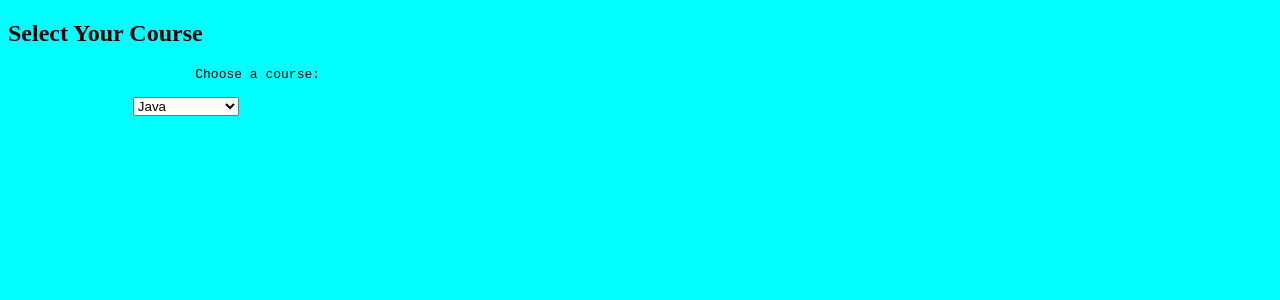
Repository: PallaviWalve/Advance-Java
Page: JavaEE_TODOs/src/main/webapp/WEB-INF/create_course.html
These files come from the project's save history. The page is drawn as it stood at one moment and after the next save; the edit follows.
The browser window is 1280 px wide. The pictures show the whole page.

Above is the page before, as saved 2024-06-05 09:57:02.

After the next save:
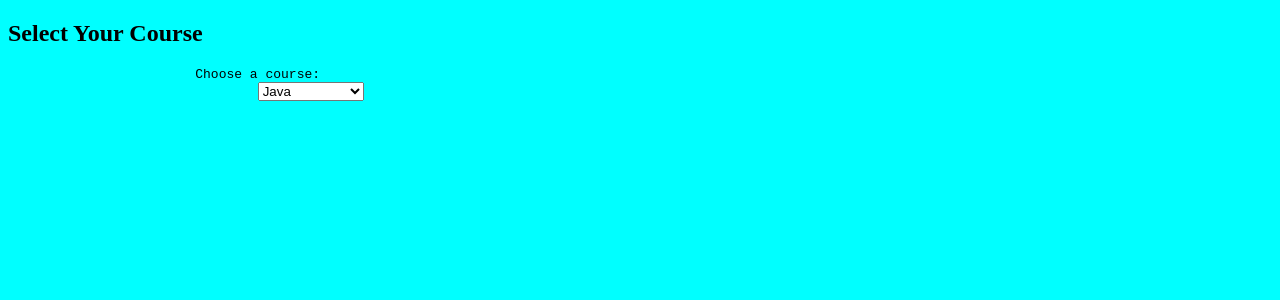
Saved 55 s later.
--- a/JavaEE_TODOs/src/main/webapp/WEB-INF/create_course.html
+++ b/JavaEE_TODOs/src/main/webapp/WEB-INF/create_course.html
@@ -5,12 +5,11 @@
 	<form action = "Login" method="post">
 		<pre>
 			<label for="course">Choose a course:</label>
-
-		<select name="course" id="courses">
-  			<option value="Java">Java</option>
-  			<option value="HTML">HTML</option>
-  			<option value="Advance Java">Advance Java</option>
-  			<option value="Core Java">Core Java</option>
+				<select name="course" id="courses">
+  				<option value="Java">Java</option>
+  				<option value="HTML">HTML</option>
+  				<option value="Advance Java">Advance Java</option>
+  				<option value="Core Java">Core Java</option>
 		</select>
 		</pre>
 	</form>
